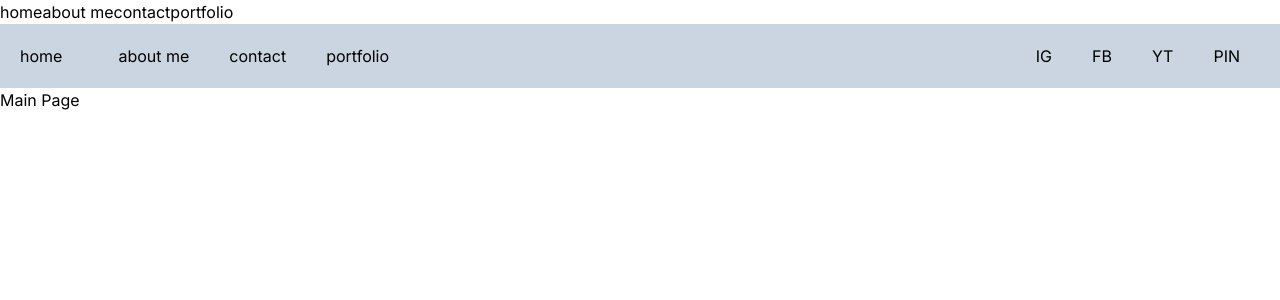
Repository: hubertrh/klaudia-personal-next
Page: /
The author's editor kept a copy of each file at every save. The page is drawn from the files as they stood at one save, then again after the next save.
The browser window is 1280 px wide. The pictures show the whole page.
The project was rebuilt for these pictures with package versions that can differ from the ones it lists, and the page was loaded fresh each time. The framework's server and built-in components were replaced by stand-ins that run in the browser. Also part of the build but not shown: next.config.js.

Above is the page before, as saved 2023-08-11 11:17:01.

After the next save:
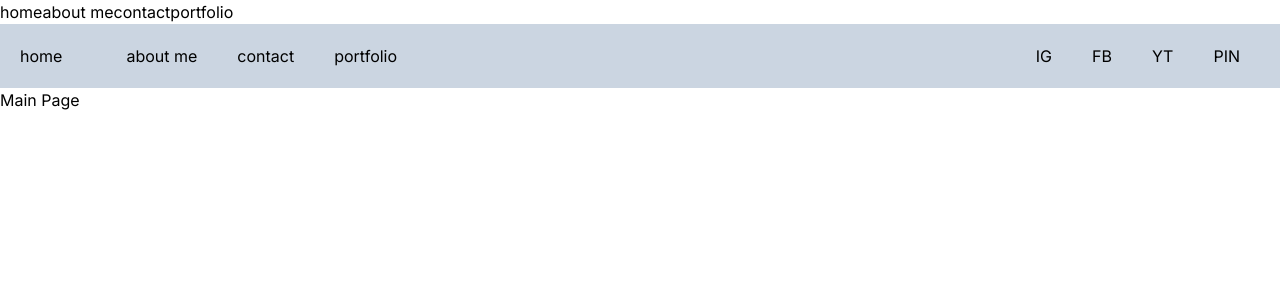
Saved 6 s later.
--- a/app/(site)/layout.tsx
+++ b/app/(site)/layout.tsx
@@ -20,7 +20,7 @@
       <body className={inter.className}>
         <header className="flex justify-between bg-slate-300 p-5">
           <nav>
-            <Link className="nav-link !pr-14" href="#!">
+            <Link className="nav-link !pr-16" href="#!">
               home
             </Link>
             <Link className="nav-link" href="#!">

After the save that followed:
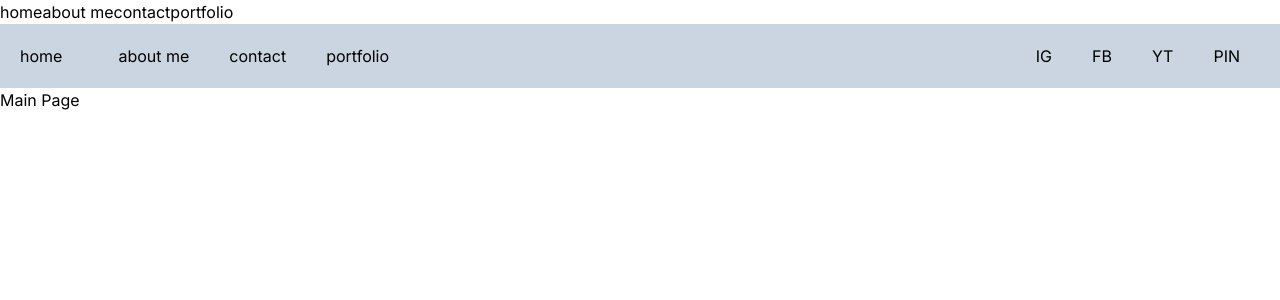
Saved 5 s later.
--- a/app/(site)/layout.tsx
+++ b/app/(site)/layout.tsx
@@ -20,7 +20,7 @@
       <body className={inter.className}>
         <header className="flex justify-between bg-slate-300 p-5">
           <nav>
-            <Link className="nav-link !pr-16" href="#!">
+            <Link className="nav-link !pr-14" href="#!">
               home
             </Link>
             <Link className="nav-link" href="#!">
